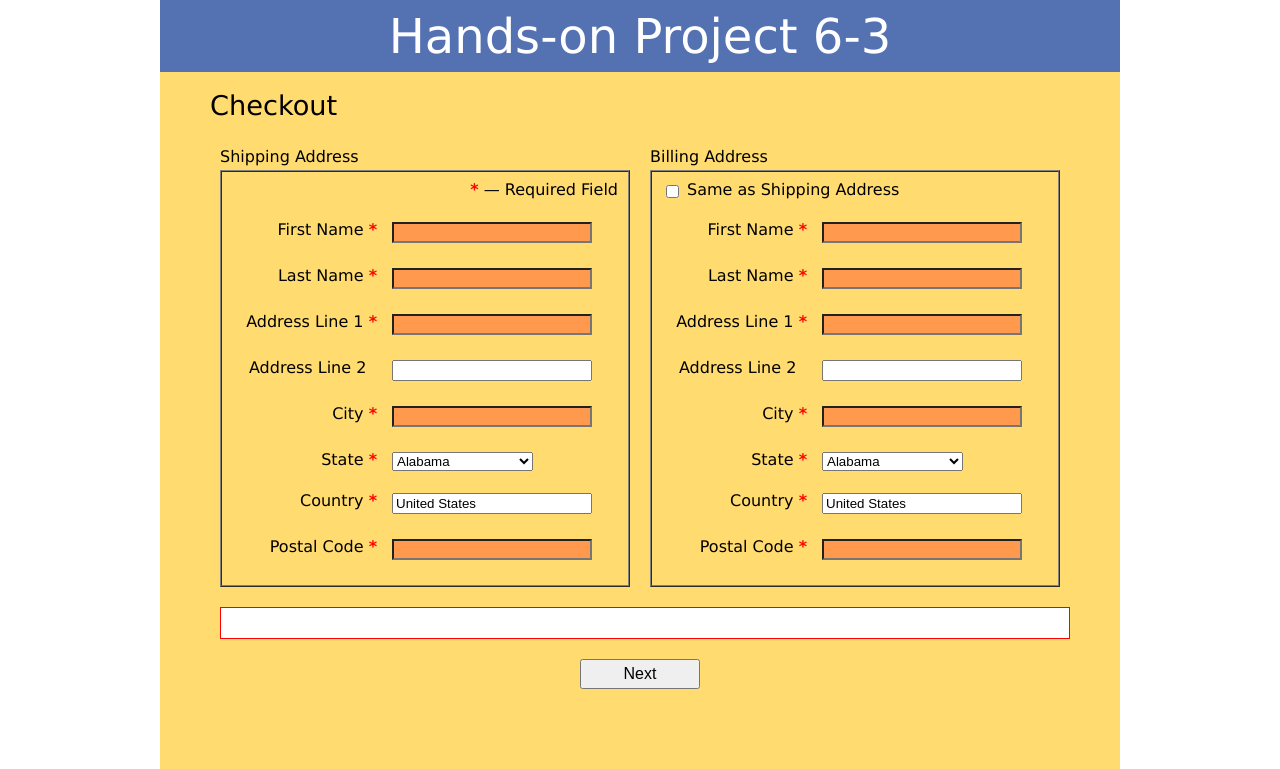
Repository: sandhya8109/hbommi_srimal4-js06-main
Page: hbommi_srimal4-js06-main/project03/project06-03_txt.html
These files come from the project's save history. The page is drawn as it stood at one moment and after the next save; the edit follows.
The browser window is 1280 px wide. The pictures show the whole page.

Above is the page before, as saved 2025-03-07 14:31:08.

After the next save:
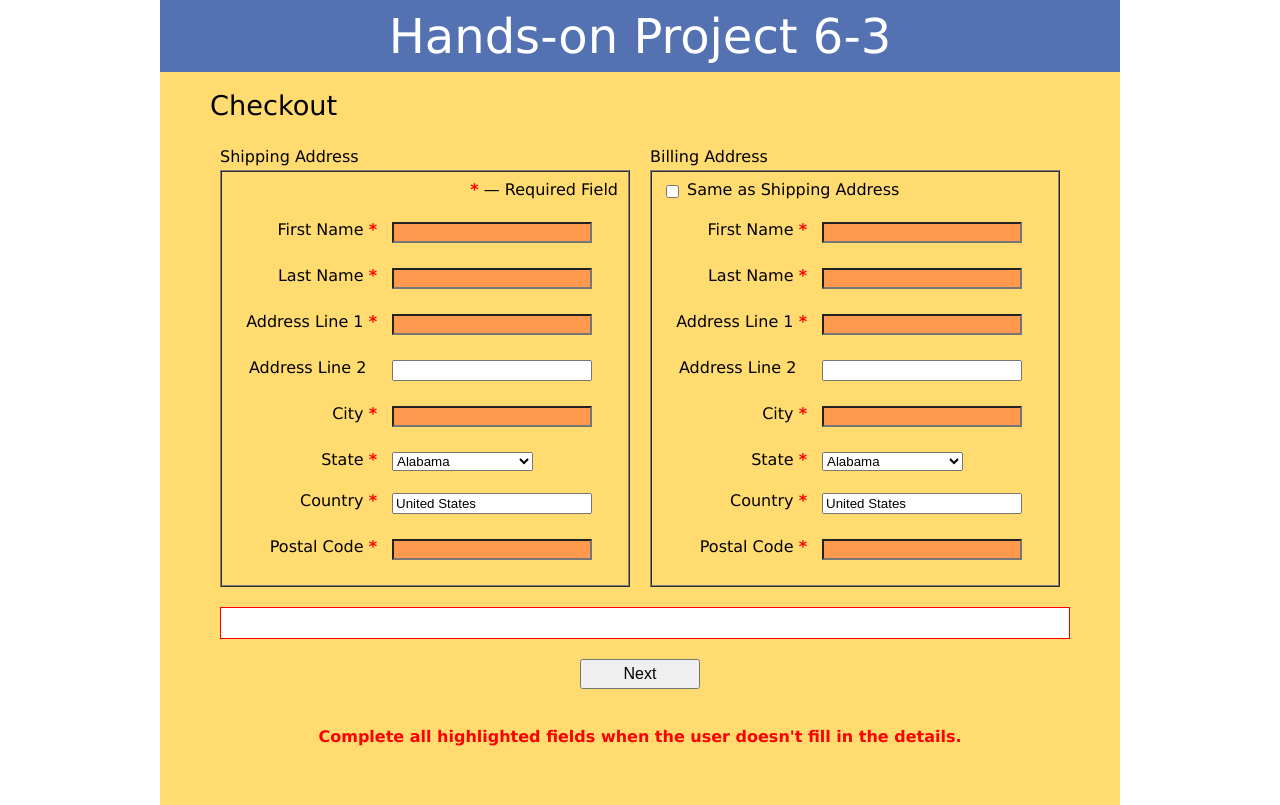
Saved 7 min 9 s later.
--- a/hbommi_srimal4-js06-main/project03/project06-03_txt.html
+++ b/hbommi_srimal4-js06-main/project03/project06-03_txt.html
@@ -198,6 +198,9 @@
          <p id="errorBox"></p>
          <input type="submit" value="Next" />
       </form>
+      <p style="color: red; font-weight: bold; text-align: center; margin-top: 20px;">
+         Complete all highlighted fields when the user doesn't fill in the details.
+     </p>
    </article>
    <script src ="./project06-03_txt.js"></script>
 </body>

After the save that followed:
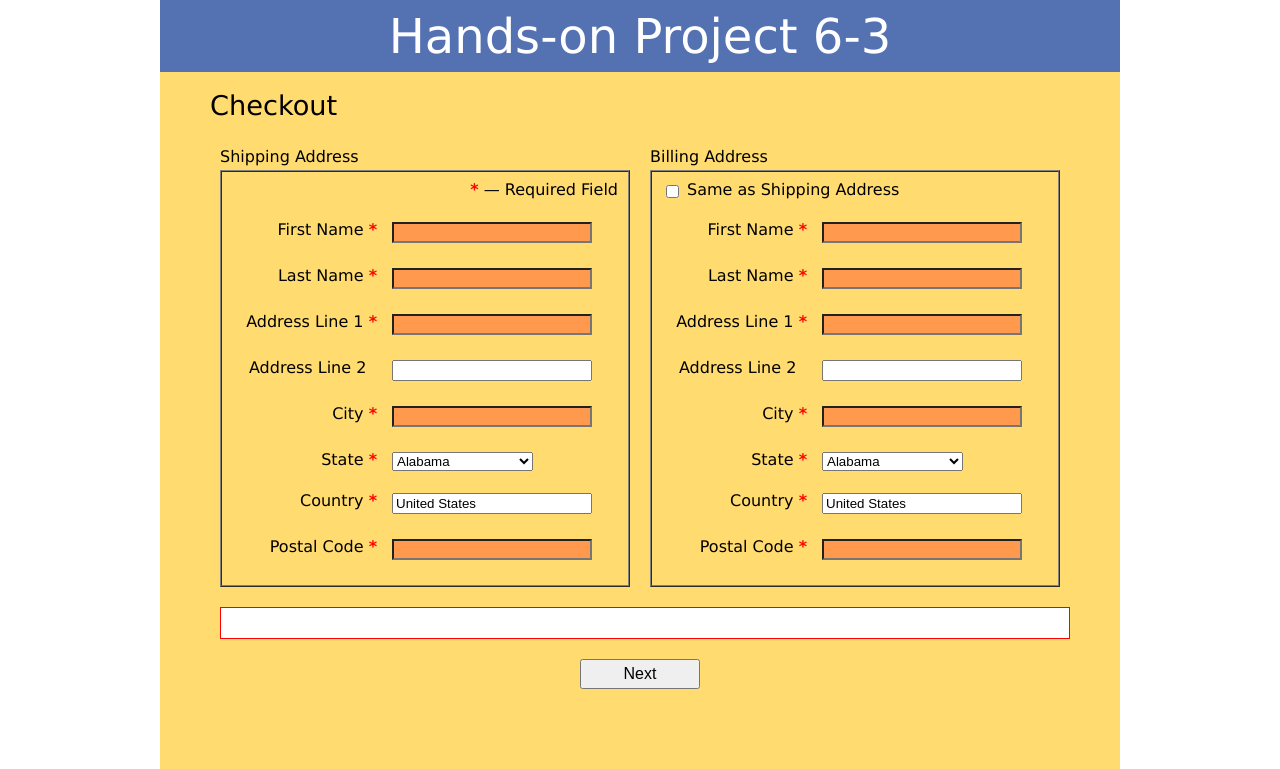
Saved 30 s later.
--- a/hbommi_srimal4-js06-main/project03/project06-03_txt.html
+++ b/hbommi_srimal4-js06-main/project03/project06-03_txt.html
@@ -198,9 +198,7 @@
          <p id="errorBox"></p>
          <input type="submit" value="Next" />
       </form>
-      <p style="color: red; font-weight: bold; text-align: center; margin-top: 20px;">
-         Complete all highlighted fields when the user doesn't fill in the details.
-     </p>
+
    </article>
    <script src ="./project06-03_txt.js"></script>
 </body>
